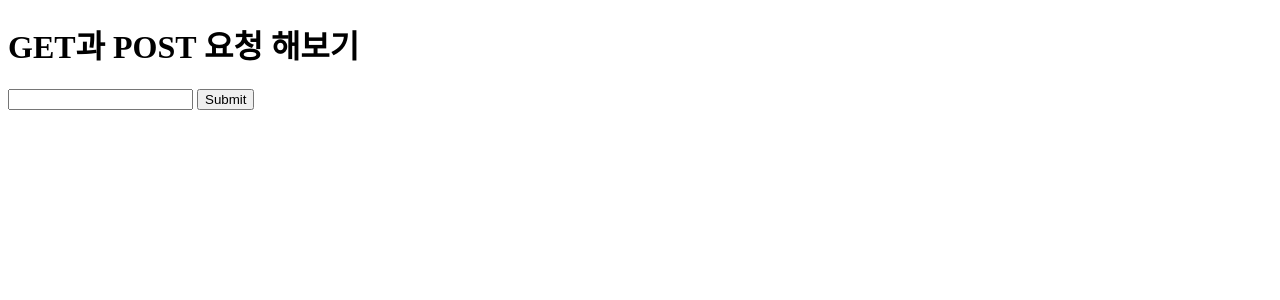
Repository: joeunpyeong/javaA
Page: 01.HelloJspServlet/src/main/webapp/getpost.html
An editor plug-in stored every save of this project. The page is shown before and after the next save, followed by the edit.
The browser window is 1280 px wide. The pictures show the whole page.

Above is the page before, as saved 2023-05-18 02:01:49.

After the next save:
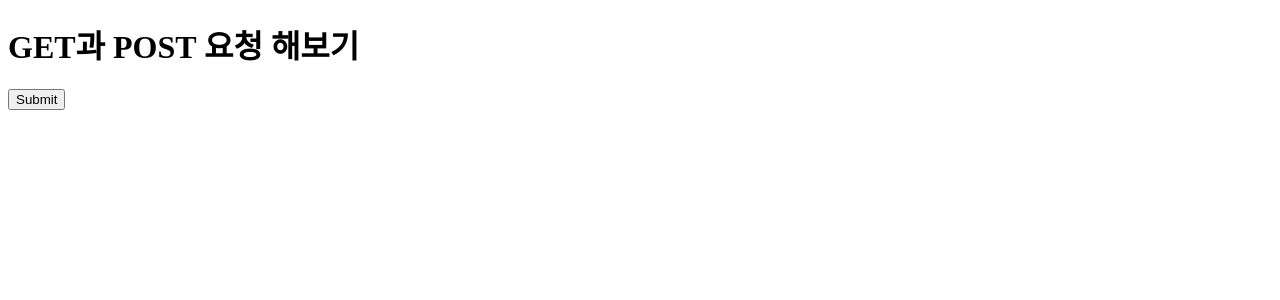
Saved 42 s later.
--- a/01.HelloJspServlet/src/main/webapp/getpost.html
+++ b/01.HelloJspServlet/src/main/webapp/getpost.html
@@ -7,7 +7,7 @@
 <body>
 	<h1>GET과 POST 요청 해보기</h1>
 	<!-- text값을 요청할 수 있는 폼태그 하나 만들고 요청해보기.(Submit) -->
-	<form action="">
+	<form action="" method ="post>
 		<input type="text" name="제출" id="txt2">
 		<input type="submit">
 	</form>

After the save that followed:
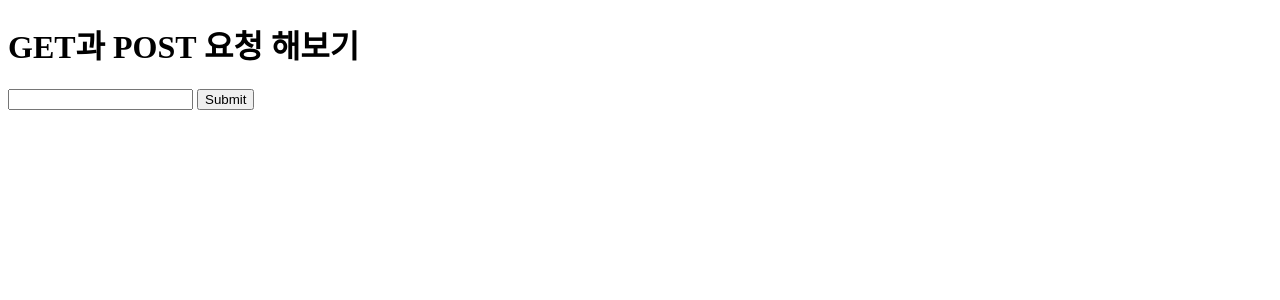
Saved 4 s later.
--- a/01.HelloJspServlet/src/main/webapp/getpost.html
+++ b/01.HelloJspServlet/src/main/webapp/getpost.html
@@ -7,7 +7,7 @@
 <body>
 	<h1>GET과 POST 요청 해보기</h1>
 	<!-- text값을 요청할 수 있는 폼태그 하나 만들고 요청해보기.(Submit) -->
-	<form action="" method ="post>
+	<form action="" method ="post">
 		<input type="text" name="제출" id="txt2">
 		<input type="submit">
 	</form>
